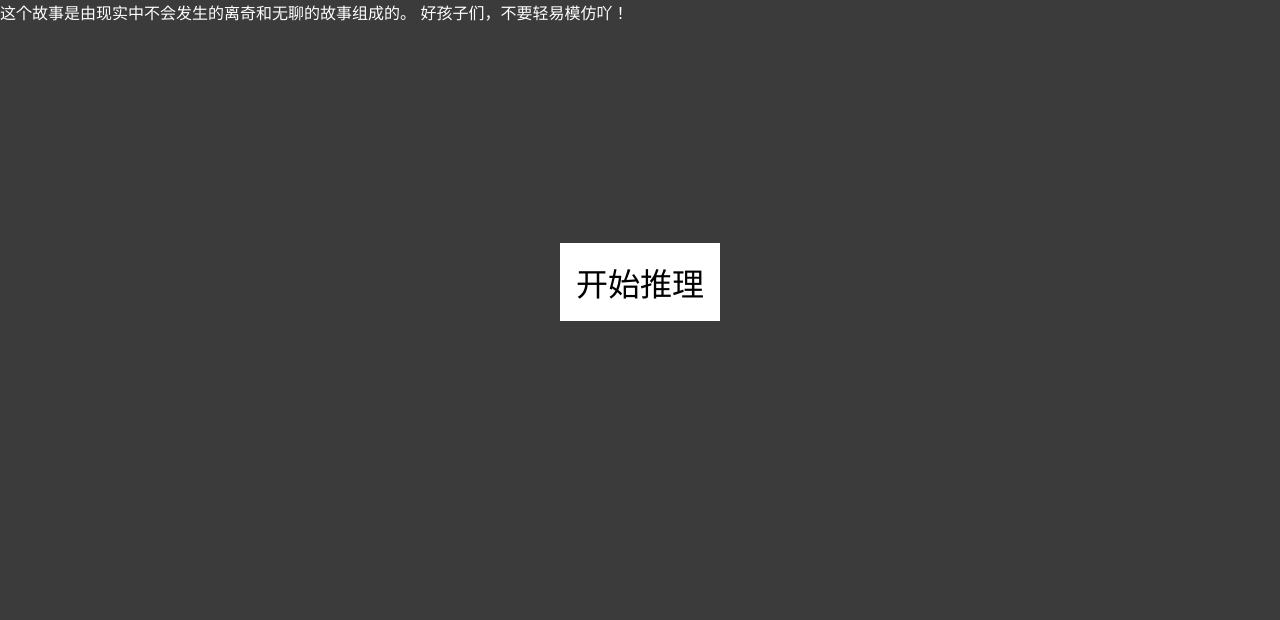
Repository: Jofali/reasoning-genius
Page: /
These files come from the project's save history. The page is drawn as it stood at one moment and after a run of saves; the edit follows.
The browser window is 1280 px wide. The pictures show the whole page.
The project was rebuilt for these pictures with package versions that can differ from the ones it lists, and the page was loaded fresh each time. Also part of the build but not shown: src/part1/part1.css, src/part1/part1.js, src/part2/part2.css, src/part2/part2.js, src/title/title.css, src/title/title.js, src/inventory/inventory.css, src/inventory/inventory.js and 2 more.

Above is the page before, as saved 2019-05-22 17:34:56.

### public/index.html
<!DOCTYPE html>
<html lang="en">
  <head>
    <meta charset="utf-8" />
    <link rel="shortcut icon" href="%PUBLIC_URL%/favicon.ico" />
    <meta name="viewport" content="width=device-width, initial-scale=1" />
    <meta name="theme-color" content="#000000" />
    <!--
      manifest.json provides metadata used when your web app is installed on a
      user's mobile device or desktop. See https://developers.google.com/web/fundamentals/web-app-manifest/
    -->
    <link rel="manifest" href="%PUBLIC_URL%/manifest.json" />
    <!--
      Notice the use of %PUBLIC_URL% in the tags above.
      It will be replaced with the URL of the `public` folder during the build.
      Only files inside the `public` folder can be referenced from the HTML.

      Unlike "/favicon.ico" or "favicon.ico", "%PUBLIC_URL%/favicon.ico" will
      work correctly both with client-side routing and a non-root public URL.
      Learn how to configure a non-root public URL by running `npm run build`.
    -->
    <title>Reasoning Genius</title>
  </head>
  <body>
    <noscript>You need to enable JavaScript to run this app.</noscript>
    <div id="root"></div>
    <!--
      This HTML file is a template.
      If you open it directly in the browser, you will see an empty page.

      You can add webfonts, meta tags, or analytics to this file.
      The build step will place the bundled scripts into the <body> tag.

      To begin the development, run `npm start` or `yarn start`.
      To create a production bundle, use `npm run build` or `yarn build`.
    -->
  </body>
</html>

### src/index.css
body {
  margin: 0;
  font-family: -apple-system, BlinkMacSystemFont, "Segoe UI", "Roboto", "Oxygen",
    "Ubuntu", "Cantarell", "Fira Sans", "Droid Sans", "Helvetica Neue",
    sans-serif;
  -webkit-font-smoothing: antialiased;
  -moz-osx-font-smoothing: grayscale;
}

code {
  font-family: source-code-pro, Menlo, Monaco, Consolas, "Courier New",
    monospace;
}

#root {
  height: 100%;
}

*{
  padding: 0;
  margin: 0;
}

html,body {
  height: 100%;
}

.sw-enter {
  opacity: 0;
}
.sw-enter-active {
  opacity: 1;
  transform: translateX(0);
  transition: opacity 300ms, transform 300ms;
}
.sw-exit {
  opacity: 1;
}
.sw-exit-active {
  opacity: 0;
  transition: opacity 300ms, transform 300ms;
}

### src/App.js
import React, { Component } from 'react';
import { CSSTransition } from 'react-transition-group';

import Partwrap from './partwrap/partwrap';
import Begin from './begin/begin';

import './App.css';
import arrNext from './assets/arrnext.svg';

class App extends Component {
  constructor(props) {
    super(props);
    this.state = {
      content: <Begin />,
      arr: arrNext,
      arrStatus: "next",
      maxPartNum: 1,
      showPart: true
    };
    this.stepTo = this.stepTo.bind(this);
  }

  partNum = 0;
  timer = null;
  stepTo() {
    if(this.partNum === this.state.maxPartNum) {
      this.partNum = 0;
    } else {
      this.partNum += 1;
    }

    this.setshow(false);
    if(this.timer !== null) {
      clearTimeout(this.timer);
    }
    this.timer = setTimeout( () => {
      switch(this.partNum)
      {
        case 0:
          this.setState({ content: <Begin /> })
          this.setState({ arrStatus: "next" });
          break;
        case 1:
          this.setState({ content: <Partwrap /> })
          this.setState({ arrStatus: "prev" })
          break;
        default:
          this.setState({ content: <Begin /> })
      }
      this.setshow(true);
    }, 300);

  }

  setshow(bool) {
    this.setState({ showPart: bool })
  }

  componentDidMount() {

  }

  render() {
    return (
        <div className="App">
          <CSSTransition
              in={this.state.showPart}
              timeout={300}
              classNames="sw"
              unmountOnExit
            >
              { this.state.content }
          </CSSTransition>
          <button className="btn-begin" onClick={this.stepTo}>开始推理</button>
        </div>
    );
  }
}

export default App;

### src/begin/begin.js
import React from 'react';

import './begin.css';
function Title() {
  return (
      <div className="begin">
        <div className="begin-content-wrap">
          这个故事是由现实中不会发生的离奇和无聊的故事组成的。
          好孩子们，不要轻易模仿吖！
        </div>
      </div>
  );
}

export default Title;

### src/App.css
.App {
  width: 100%;
  height: 100%;
  background: rgb(253,214,222);
  position: relative;
}

.App img {
  width: 100%;
}

.btn-begin {
  position:absolute;
  bottom: 50%;
  left: 50%;
  background: #fff;
  border: none;
  padding: 1rem;
  font-size: 2rem;
  transform: translate(-50%, -50%);
}

### src/begin/begin.css
.begin {
  width: 100%;
  height: 100%;
  background: rgb(59, 59, 59);
  color: #fff;
}

Loaded but not shown: src/index.js (common file); src/serviceWorker.js (common file)

After the next 2 saves:
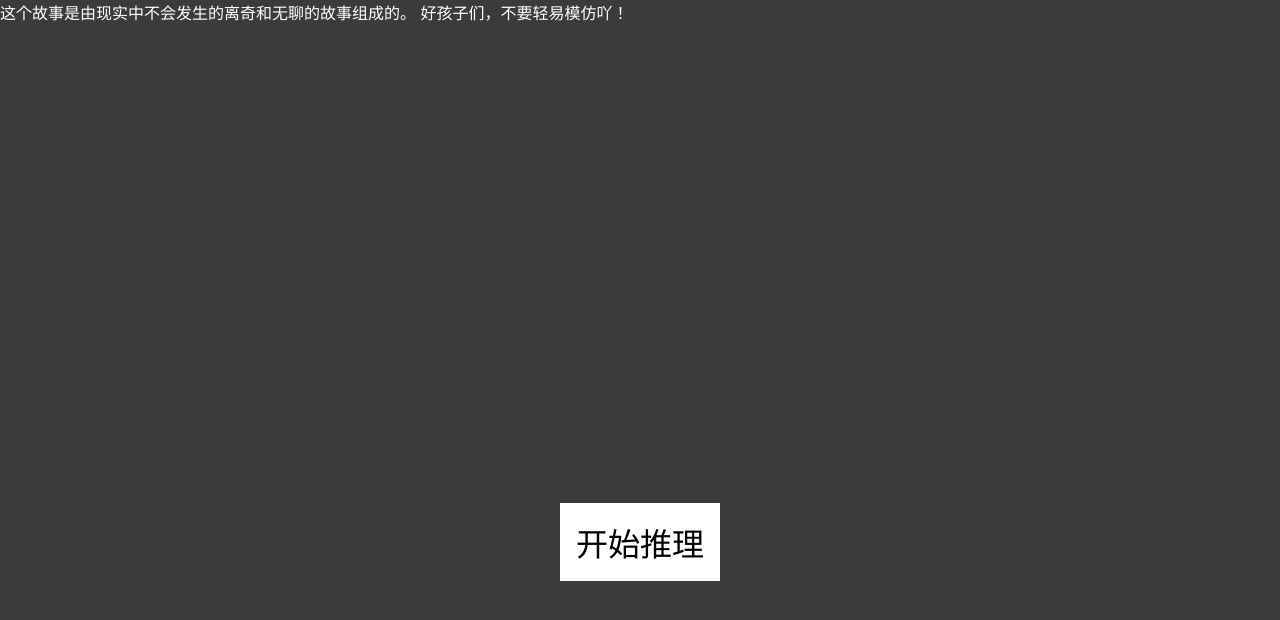
The 2 saves are shown as one change because they came seconds apart.
The last was saved 17 s later.
--- a/src/App.css
+++ b/src/App.css
@@ -11,7 +11,7 @@
 
 .btn-begin {
   position:absolute;
-  bottom: 50%;
+  bottom: 100px;
   left: 50%;
   background: #fff;
   border: none;
